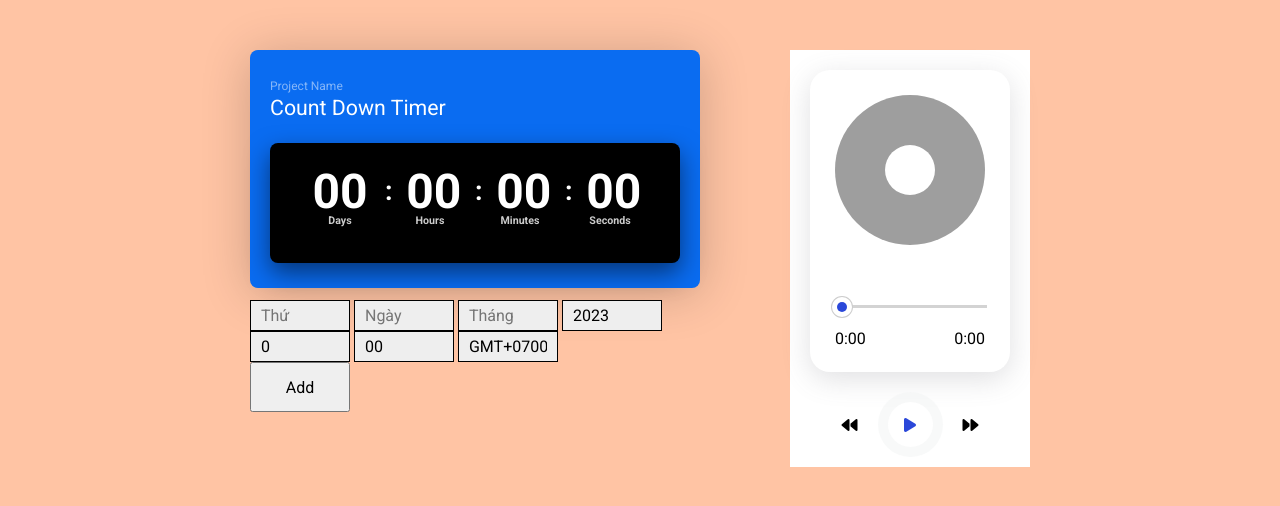
Repository: thuanpham00/CountDownTimer
Page: index.html
An editor plug-in stored every save of this project. The page is shown before and after the next save, followed by the edit.
The browser window is 1280 px wide. The pictures show the whole page.
Pictures or frames that could not be fetched are drawn as grey boxes. Some web libraries are served in a nearby version. The style sheet was rebuilt from its Sass, Less or Tailwind sources for each picture, by a compiler version that may differ from the author's.

Above is the page before, as saved 2023-09-27 15:36:41.

### index.html
<!DOCTYPE html>
<html lang="en">
    <head>
        <meta charset="UTF-8" />
        <meta name="viewport" content="width=device-width, initial-scale=1.0" />
        <title>Count Down</title>
        <link rel="preconnect" href="https://fonts.googleapis.com" />
        <link rel="preconnect" href="https://fonts.gstatic.com" crossorigin />
        <link
            href="https://fonts.googleapis.com/css2?family=Roboto:wght@300;400;500;700;900&display=swap"
            rel="stylesheet"
        />
        <link rel="preconnect" href="https://fonts.googleapis.com" />
        <link rel="preconnect" href="https://fonts.gstatic.com" crossorigin />
        <link
            href="https://fonts.googleapis.com/css2?family=Poppins:wght@300;400;500;600;700;800&display=swap"
            rel="stylesheet"
        />
        <script src="https://kit.fontawesome.com/3115b3f4f1.js"></script>
        <link rel="stylesheet" href="./assets/css/main.css" />
    </head>
    <body>
        <div class="timer">
            <div class="timer-wrapper">
                <div>
                    <label class="timer-title">Project Name</label>
                    <label class="timer-name">Count Down Timer</label>
                </div>
                <div class="counter">
                    <div class="days">
                        <div class="value" id="days">00</div>
                        <span>Days</span>
                    </div>

                    <div class="hours">
                        <div class="value" id="hours">00</div>
                        <span>Hours</span>
                    </div>

                    <div class="minutes">
                        <div class="value" id="minutes">00</div>
                        <span>Minutes</span>
                    </div>

                    <div class="seconds">
                        <div class="value" id="seconds">00</div>
                        <span>Seconds</span>
                    </div>
                </div>
            </div>
            <div class="player">
                <div class="player-box">
                    <div class="player-media">
                        <img
                            src="https://cdn.dribbble.com/users/3960463/screenshots/14630140/media/c79331860d7ca1b97430a4888617f428.png?compress=1&resize=800x600"
                            alt=""
                            class="player-image"
                        />
                    </div>
                    <div class="progress">
                        <input
                            type="range"
                            id="progress-bar"
                            min="0"
                            max=""
                            value="0"
                            class="bar"
                        />
                        <audio src="./files/holo.mp3" id="song"></audio>
                    </div>
                    <div class="player-number">
                        <span class="player-remaining">0:00</span>
                        <span class="player-duration">0:00</span>
                    </div>
                </div>
                <div class="player-tool">
                    <i class="fa fa-backward player-prev"></i>
                    <i class="fa fa-play player-play"></i>
                    <i class="fa fa-forward player-next"></i>
                </div>
            </div>
        </div>
        <form class="form-timer">
            <input type="text" name="day" placeholder="Thứ" class="dayInput" />
            <input
                type="text"
                name="date"
                placeholder="Ngày"
                class="dateInput"
            />
            <input
                type="text"
                name="month"
                placeholder="Tháng"
                class="monthInput"
            />
            <input
                type="number"
                name="year"
                placeholder="Năm"
                value="2023"
                class="yearInput"
            />
            <input
                type="number"
                name="hour"
                placeholder="Giờ"
                class="hourInput"
                value="0"
            />
            <input
                type="number"
                name="minute"
                placeholder="Phút"
                class="minuteInput"
                value="00"
            />
            <input
                type="text"
                name="GMT"
                value="GMT+0700 (Indochina Time)"
                class="hourInput"
            />
            <button class="todo__submit" type="submit">Add</button>
        </form>
        <script src="./assets/js/main.js"></script>
    </body>
</html>

### assets/js/main.js
window.addEventListener("load", function () {
    const daysText = document.querySelector("#days");
    const hoursText = document.querySelector("#hours");
    const minutesText = document.querySelector("#minutes");
    const secondsText = document.querySelector("#seconds");

    function setTimer(
        dayInput,
        monthInput,
        dateInput,
        yearInput,
        hourInput,
        minuteInput,
        gmtInput
    ) {
        let currentTime = new Date().getTime();
        const endTime = new Date(
            yearInput,
            getMonthIndex(monthInput),
            dateInput,
            hourInput,
            minuteInput
        ).getTime();

        if (isNaN(endTime) || endTime - currentTime <= 0) return;
        setInterval(changeTimer, 500);
        changeTimer();

        function changeTimer() {
            let days, hours, minutes, seconds;
            const now = new Date();
            let startTime = now.getTime();
            let countDown = parseInt((endTime - startTime) / 1000);
            if (countDown > 0) {
                days = parseInt(countDown / 86400);
                countDown = countDown % 86400;
                hours = parseInt(countDown / 3600);
                countDown = countDown % 3600;
                minutes = parseInt(countDown / 60);
                countDown = countDown % 60;
                seconds = parseInt(countDown);

                daysText.textContent = `${days}`.slice(-2);
                hoursText.textContent = `${hours}`.slice(-2);
                minutesText.textContent = `${minutes}`.slice(-2);
                secondsText.textContent = `${seconds}`.slice(-2);
            }
        }

        function getMonthIndex(monthName) {
            const months = [
                "Jan",
                "Feb",
                "Mar",
                "Apr",
                "May",
                "Jun",
                "Jul",
                "Aug",
                "Sep",
                "Oct",
                "Nov",
                "Dec",
            ];
            return months.indexOf(monthName);
        }
    }

    const formTimer = document.querySelector(".form-timer");
    formTimer.addEventListener("submit", function (e) {
        e.preventDefault();
        const dayInput = this.elements["day"].value;
        const monthInput = this.elements["month"].value;
        const dateInput = parseInt(this.elements["date"].value);
        const yearInput = parseInt(this.elements["year"].value);
        const hourInput = parseInt(this.elements["hour"].value);
        const minuteInput = parseInt(this.elements["minute"].value);
        const gmtInput = this.elements["GMT"].value;
        setTimer(
            dayInput,
            monthInput,
            dateInput,
            yearInput,
            hourInput,
            minuteInput,
            gmtInput
        );
    });
});

### scss/main.scss
html,
body,
div,
span,
applet,
object,
iframe,
h1,
h2,
h3,
h4,
h5,
h6,
p,
blockquote,
pre,
a,
abbr,
acronym,
address,
big,
cite,
code,
del,
dfn,
em,
img,
ins,
kbd,
q,
s,
samp,
small,
strike,
strong,
sub,
sup,
tt,
var,
b,
u,
i,
center,
dl,
dt,
dd,
ol,
ul,
li,
fieldset,
form,
label,
legend,
table,
caption,
tbody,
tfoot,
thead,
tr,
th,
td,
article,
aside,
canvas,
details,
embed,
figure,
figcaption,
footer,
header,
hgroup,
menu,
nav,
output,
ruby,
section,
summary,
time,
mark,
audio,
video {
    margin: 0;
    padding: 0;
    border: 0;
    font-size: 100%;
    font: inherit;
    vertical-align: baseline;
}
/* HTML5 display-role reset for older browsers */
article,
aside,
details,
figcaption,
figure,
footer,
header,
hgroup,
menu,
nav,
section {
    display: block;
}
body {
    line-height: 1;
}
ol,
ul {
    list-style: none;
}
blockquote,
q {
    quotes: none;
}
blockquote:before,
blockquote:after,
q:before,
q:after {
    content: "";
    content: none;
}
table {
    border-collapse: collapse;
    border-spacing: 0;
}

*,
::after,
::before {
    box-sizing: border-box;
}

html {
    font-size: 62.5%;
}

body {
    font-size: 1.6rem;
    font-family: "Poppins", sans-serif;
}

input,
select,
textarea,
button {
    font-size: inherit;
    font-family: inherit;
}

$continer-color: #0a6cf1;
$continer-padding: 30px 20px 10px 20px;
body {
    font-family: "Roboto", sans-serif;
    background: #ffc4a4;
    user-select: none;
}

.timer {
    position: relative;
    min-height: 400px;

    &-wrapper {
        position: absolute;
        left: 250px;
        top: 50px;
        background-color: $continer-color;
        padding: $continer-padding;
        border-radius: 8px;
        color: #fff;
        min-width: 450px;
        box-shadow: 0 5px 50px rgba(0, 0, 0, 0.2);
    }

    label {
        display: block;
    }

    &-title {
        font-size: 9pt;
        opacity: 0.5;
    }

    &-name {
        font-size: 16pt;
        margin: 5px 0;
    }

    .counter {
        padding: 25px;
        margin: 25px 0 15px 0;
        background-color: #000;
        font-weight: 700;
        border-radius: 8px;
        box-shadow: 0 10px 25px rgba(0, 0, 0, 0.5);
        min-height: 120px;

        div {
            display: inline-block;
        }
        .days,
        .hours,
        .minutes,
        .seconds {
            width: 25%;
            float: left;
            text-align: center;
            .value {
                display: block;
                font-size: 36pt;
                width: 100%;
                display: block;
            }
            span {
                font-size: 8pt;
                opacity: 0.8;
                width: 100%;
                display: block;
            }
        }
        .hours::before,
        .minutes::before,
        .seconds::before {
            content: ":";
            float: left;
            font-size: 20pt;
            position: relative;
            margin-top: 10px;
            opacity: 0.7;
            animation: pink 1s ease-in-out infinite;
        }
    }

    .player {
        position: absolute;
        right: 250px;
        top: 50px;
        background-color: white;
        padding: 20px;
    }

    .player-box {
        box-shadow: rgba(100, 100, 111, 0.2) 0px 7px 29px 0px;
        padding: 25px;
        display: flex;
        align-items: center;
        justify-content: center;
        flex-direction: column;
        text-align: center;
        border-radius: 20px;
        max-width: 500px;
        margin: 0 auto 30px;
    }

    .player-media {
        position: relative;
        width: 150px;
        height: 150px;
        border-radius: 100rem;
        margin-bottom: 25px;
    }
    .player-media:before {
        content: "";
        width: 50px;
        height: 50px;
        background-color: white;
        border-radius: 100px;
        position: absolute;
        top: 50%;
        left: 50%;
        transform: translate(-50%, -50%);
        z-index: 10;
    }

    .player-image {
        width: 100%;
        height: 100%;
        object-fit: cover;
        border-radius: inherit;
    }

    .player-image.is-playing {
        animation: rotate 10s forwards infinite linear;
    }

    @keyframes rotate {
        to {
            transform: rotate(360deg);
        }
    }

    .progress {
        margin-bottom: 20px;
        margin-top: 25px;
    }

    .player-number {
        display: flex;
        justify-content: space-between;
        align-items: center;
        width: 100%;
    }

    .player-tool {
        display: flex;
        justify-content: center;
        align-items: center;
    }

    .player-play {
        color: #2b48d9;
        width: 45px;
        height: 45px;
        border-radius: 100rem;
        display: flex;
        justify-content: center;
        align-items: center;
        cursor: pointer;
        background-color: white;
        box-shadow: 0 0 0 10px rgba(242, 243, 244, 0.5);
        font-size: 16px;
        margin: 0 30px;
    }

    .player-next,
    .player-prev {
        cursor: pointer;
        font-size: 16px;
    }

    .progress {
        width: 100%;
        position: relative;
    }

    .bar {
        -webkit-appearance: none;
        width: 100%;
        height: 3px;
        background: #d3d3d3;
        outline: none;
        -webkit-transition: 0.2s;
        transition: opacity 0.2s;
    }

    .bar::-webkit-slider-thumb {
        -webkit-appearance: none;
        appearance: none;
        width: 10px;
        height: 10px;
        border-radius: 100rem;
        background-color: #2b48d9;
        box-shadow: 0 0 0 5px white, 0 0 0 6px #ccc;
    }

    /* .bar::-webkit-slider-thumb chọn phần tử con của phần tử có lớp bar mà là "thumb" của thanh trượt (slider)
     dành cho trình duyệt WebKit (chẳng hạn như Safari hoặc Chrome).

    .bar::-moz-range-thumb chọn phần tử con của phần tử có lớp bar mà là "thumb" của
    thanh trượt (slider) dành cho trình duyệt Firefox (Mozilla).
    */

    .bar::-moz-range-thumb {
        cursor: pointer;
        width: 10px;
        height: 10px;
        border-radius: 100rem;
        background-color: #2b48d9;
        box-shadow: 0 0 0 5px white, 0 0 0 6px #ccc;
    }
}

@keyframes pink {
    0% {
        opacity: 1;
    }
    50% {
        opacity: 0.5;
    }
    100% {
        opacity: 1;
    }
}

.form-timer {
    position: absolute;
    left: 250px;
    margin-top: -100px;
    max-width: 500px;

    input {
        width: 100px;
        padding: 5px 10px;
        outline: none;
        background: #eee;
        border: 1px solid #000;
    }

    button {
        width: 100px;
        height: 50px;
        display: block;
    }
}

After the next save:
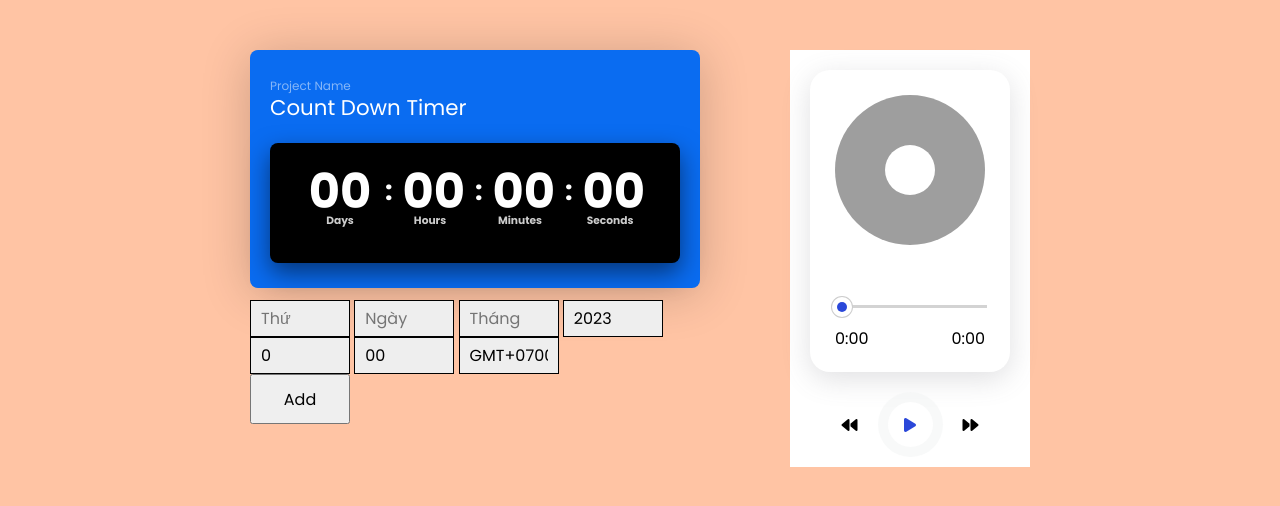
Saved 18 s later.
--- a/scss/main.scss
+++ b/scss/main.scss
@@ -149,7 +149,6 @@ button {
 $continer-color: #0a6cf1;
 $continer-padding: 30px 20px 10px 20px;
 body {
-    font-family: "Roboto", sans-serif;
     background: #ffc4a4;
     user-select: none;
 }
